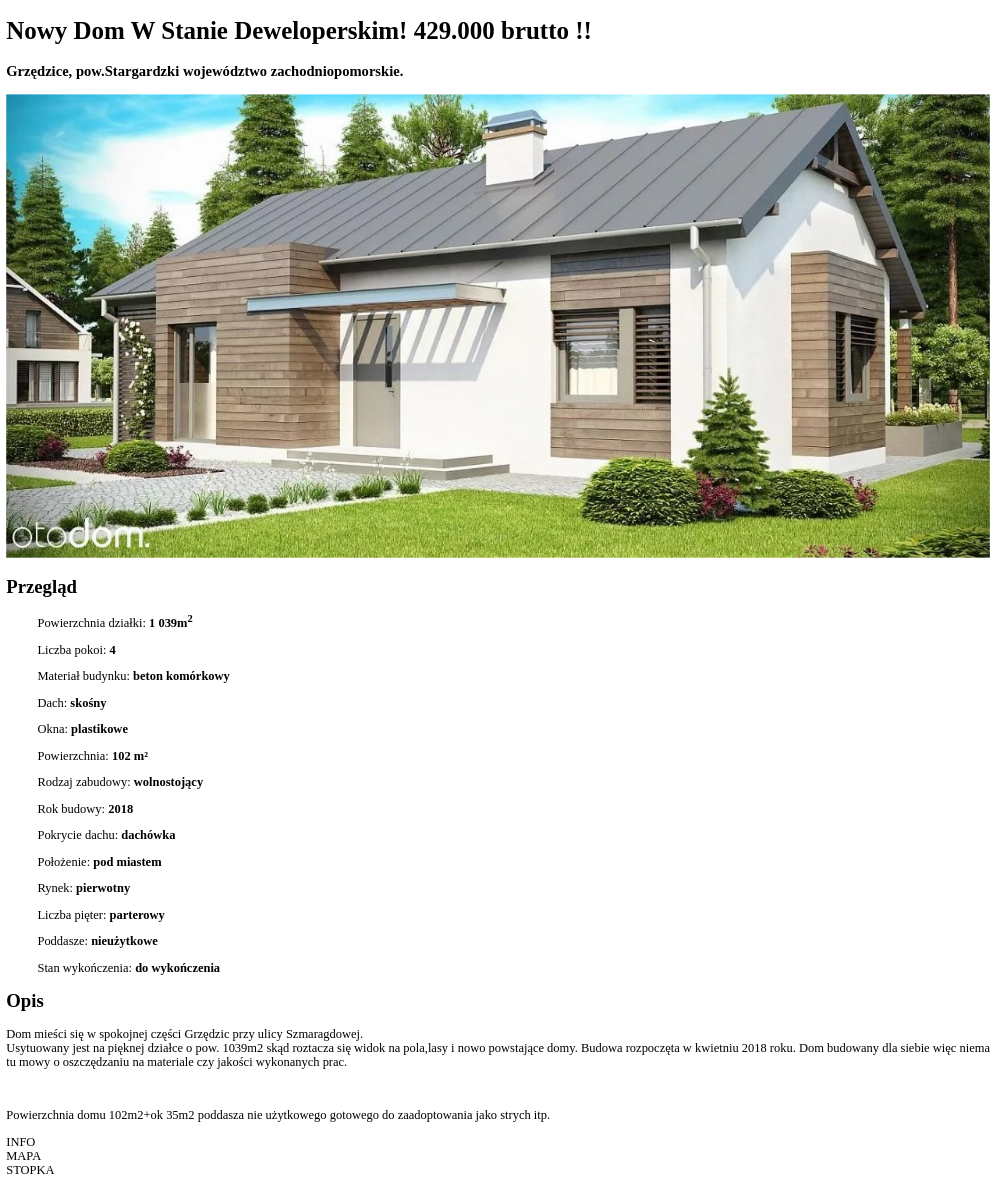
Repository: Slawek88/HomePage
Page: index.html
An editor plug-in stored every save of this project. The page is shown before and after a run of saves, followed by the edit.
The browser window is 1280 px wide. The pictures show the whole page, at 78% of full size.

Above is the page before, as saved 2019-02-28 13:06:15.

### index.html
<!DOCTYPE html>
<html lang="en">
  <head>
    <meta charset="UTF-8" />
    <meta name="viewport" content="width=device-width, initial-scale=1.0" />
    <meta http-equiv="X-UA-Compatible" content="ie=edge" />
    <title>Dom w stanie Developerskim</title>
    <!-- <link rel="stylesheet" href="css/normalize.css"> -->
    <link rel="stylesheet" href="css/style.css" />
    <!-- <link
      href="https://fonts.googleapis.com/css?family=Roboto:400,900&amp;subset=latin-ext"
      rel="stylesheet"
    /> -->
  </head>

  <body>
    <h1>Nowy Dom W Stanie Deweloperskim! 429.000 brutto !!</h1>
    <h3>Grzędzice, pow.Stargardzki województwo zachodniopomorskie.</h3>
    <div class="container">
      <div class="grid">
        <div class="grid-item grid-img"><img src="img/1-Z96.jpg" alt="" /></div>
        <div class="grid-item grid-overview">
          <h2>Przegląd</h2>
          <ul class="li">
            Powierzchnia działki:
            <strong>1 039m<sup>2</sup></strong>
          </ul>
          <ul class="li">
            Liczba pokoi:
            <strong> 4</strong>
          </ul>
          <ul class="li">
            Materiał budynku:
            <strong>beton komórkowy</strong>
          </ul>
          <ul class="li">
            Dach:
            <strong>skośny</strong>
          </ul>
          <ul class="li">
            Okna:
            <strong>plastikowe</strong>
          </ul>
          <ul class="li">
            Powierzchnia:
            <strong>102 m²</strong>
          </ul>
          <ul class="li">
            Rodzaj zabudowy:
            <strong>wolnostojący</strong>
          </ul>
          <ul class="li">
            Rok budowy:
            <strong>2018</strong>
          </ul>
          <ul class="li">
            Pokrycie dachu:
            <strong>dachówka</strong>
          </ul>
          <ul class="li">
            Położenie:
            <strong>pod miastem</strong>
          </ul>
          <ul class="li">
            Rynek:
            <strong>pierwotny</strong>
          </ul>
          <ul class="li">
            Liczba pięter:
            <strong>parterowy</strong>
          </ul>
          <ul class="li">
            Poddasze:
            <strong>nieużytkowe</strong>
          </ul>
          <ul class="li">
            Stan wykończenia:
            <strong>do wykończenia</strong>
          </ul>
        </div>
        <div class="grid-item grid-destriction">
          <h2>Opis</h2>
          <p>
            Dom mieści się w spokojnej części Grzędzic przy ulicy Szmaragdowej.
            <br>
            Usytuowany jest na pięknej działce o pow. 1039m2 skąd roztacza się
            widok na pola,lasy i nowo powstające domy. Budowa rozpoczęta w
            kwietniu 2018 roku. Dom budowany dla siebie więc niema tu mowy o
            oszczędzaniu na materiale czy jakości wykonanych prac.
          </p>
          <br />
          <p>
            Powierzchnia domu 102m2+ok 35m2 poddasza nie użytkowego gotowego do
            zaadoptowania jako strych itp.
          </p>
        </div>
        <div class="grid-tem grit-info">
          INFO
        </div>
        <div class="grid-item grid-map">MAPA</div>
        <div class="grid-item grid-footer">STOPKA</div>
      </div>
    </div>
  </body>
</html>

### css/style.css
strong {
    600;
}

After the next 4 saves:
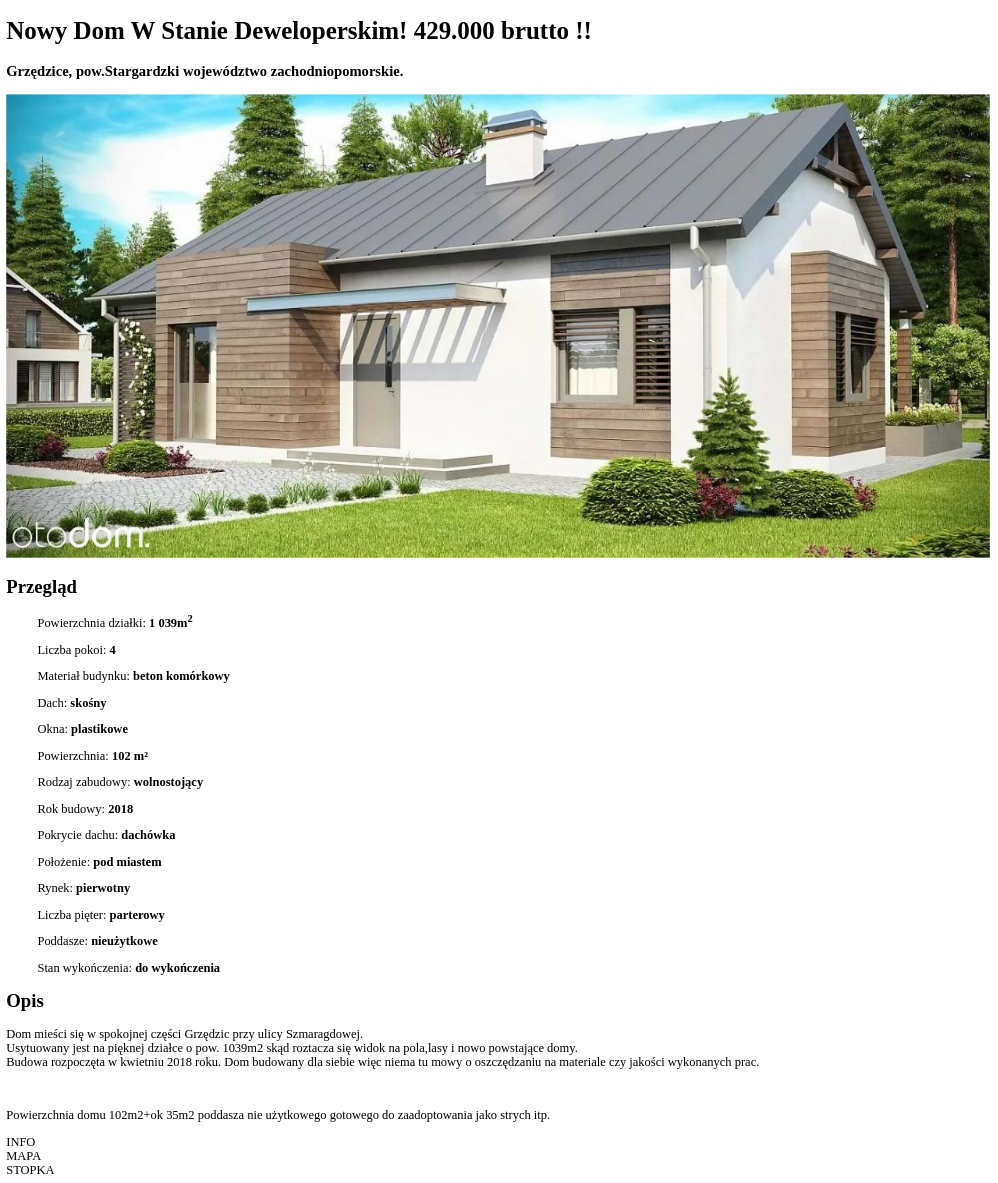
The 4 saves are shown as one change because they came seconds apart.
The last was saved 18 s later.
--- a/index.html
+++ b/index.html
@@ -84,7 +84,9 @@
             Dom mieści się w spokojnej części Grzędzic przy ulicy Szmaragdowej.
             <br>
             Usytuowany jest na pięknej działce o pow. 1039m2 skąd roztacza się
-            widok na pola,lasy i nowo powstające domy. Budowa rozpoczęta w
+            widok na pola,lasy i nowo powstające domy.
+            <br>
+             Budowa rozpoczęta w
             kwietniu 2018 roku. Dom budowany dla siebie więc niema tu mowy o
             oszczędzaniu na materiale czy jakości wykonanych prac.
           </p>
